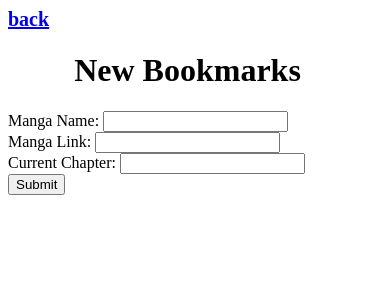
Repository: PA055/Manga-Bookmarks
Page: new.html
These files come from the project's save history. The page is drawn as it stood at one moment and after the next save; the edit follows.
The browser window is 375 px wide. The page is 375 px wide, then 377 px, so the pictures cover 377 px, including what lies to the right of the window. The pictures show the whole page.

Above is the page before, as saved 2023-03-11 11:59:36.
Console error: ReferenceError: $ is not defined

### new.html
<!DOCTYPE html>
<html lang="en">
  <head>
    <meta charset="utf-8" />
    <meta name="viewport" content="width=device-width, initial-scale=1" />
    <meta name="theme-color" content="#000000" />
    <title>New Bookmark</title>
    <link rel="stylesheet" href="./main.css">
  </head>
  <body>
    <noscript>You need to enable JavaScript to run this app.</noscript>

    <a href="index.html" class="back">back</a>
    <h1>New Bookmarks</h1>

    <form id="newBookmark" onsubmit="AddBookmark()">
        <label for="mname">Manga Name:</label>
        <input type="text" id="mname" name="mname">
        <br>
        <label for="link">Manga Link:</label>
        <input type="url" id="link" name="link">
        <br>
        <label for="chapter">Current Chapter:</label>
        <input type="number" id="chapter" name="chapter">
        <br>
        <input type="submit">
    </form>

    <script src="./bookmarks.js"></script>
  </body>
</html>

### main.css
h1 {
    width: 100%;
    text-align: center;
}

.button {
    display: block;
    padding: 5px;
    margin: auto;
    width: fit-content;
    text-decoration: none;
    border: 4px gray outset;
    color: black;
}

.button:hover {
    border-style: inset;
}

.back {
    font-size: 20px;
    font-weight: bold;
    display: inline;
    float: left;
    margin-top: 8px;
    margin-left: 10px;
}

@media only screen and (max-width: 400px) {
    .back {
        display: block;
        margin: auto;
        float: none;
    }
}

### bookmarks.js
let bookmarks = document.getElementById('bookmarks');
const url = "./bookmarks.json"

$.getJSON(url, function(data){
    console.log(data);
});

// const fetchJson = async () => {
//     try {
//         const file = await fetch(url);
//         const response = await file.json();
//     } catch (error) {
//         console.log(error);
//     }
// };

function AddBookmark() {
    var formData = new FormData(document.querySelector('form'))

}

After the next save:
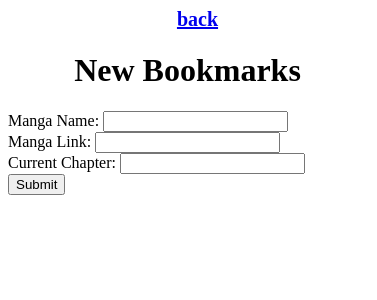
Saved 27 s later.
--- a/main.css
+++ b/main.css
@@ -29,7 +29,8 @@ h1 {
 @media only screen and (max-width: 400px) {
     .back {
         display: block;
-        margin: auto;
         float: none;
+        width: 100%;
+        text-align: center;
     }
 }
